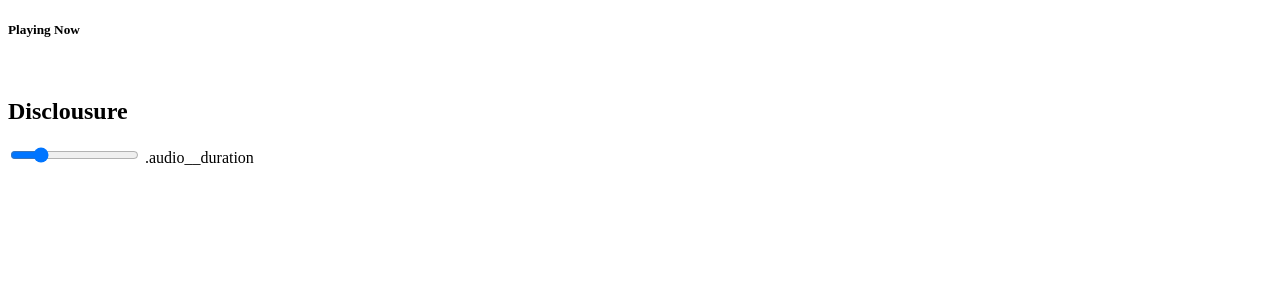
Repository: NickArregoces/ReproductorMusica
Page: Index.html
An editor plug-in stored every save of this project. The page is shown before and after a run of saves, followed by the edit.
The browser window is 1280 px wide. The pictures show the whole page.

Above is the page before, as saved 2021-12-27 15:41:16.

### Index.html
<!DOCTYPE html>
<html lang="en">
<head>
    <meta charset="UTF-8">
    <meta http-equiv="X-UA-Compatible" content="IE=edge">
    <meta name="viewport" content="width=device-width, initial-scale=1.0">
    <title>Music</title>
</head>
<body>


    <div class="container">
        <div class="player">
            <div class="player__controls">
                <div class="player__btn">
                    <div class="player__btn--small">
                        <i class="fas fa-arrow_left"></i>
                    </div>
                    <h5 class="player__title"> Playing Now</h5>
                    <div class="player__btn--small">
                        <i class="fas fa-bars"></i>
                    </div>
                </div>

                <div class="player__album">
                    <img src="" alt="" class="player__img">
                </div>

                <h2 class="plater__artist">Disclousure</h2>
                <h3 class="player__song"></h3>

                <input type="range" value="20" min=0 class="player__level">

                .audio__duration

            </div>
        </div>
    </div>
    <script src="./main.js" ></script>
</body>
</html>

Loaded but not shown: main.js (no stored copy; drawn as an empty file)

After the next 2 saves:
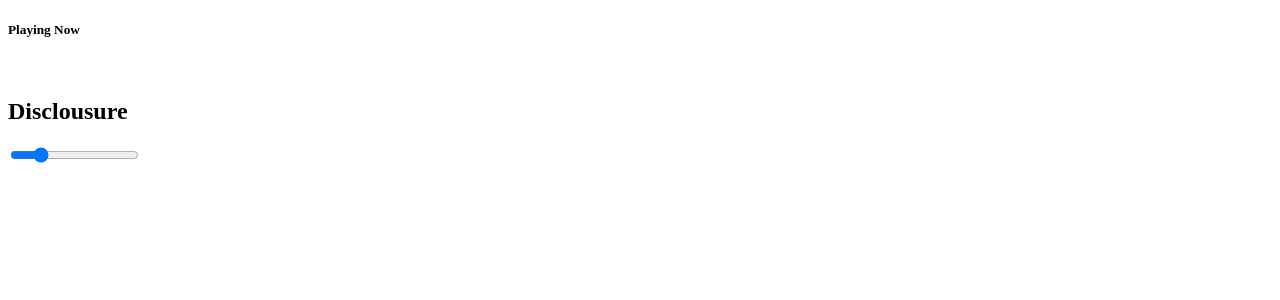
The 2 saves are shown as one change because they came seconds apart.
The last was saved 8 s later.
--- a/Index.html
+++ b/Index.html
@@ -31,7 +31,9 @@
 
                 <input type="range" value="20" min=0 class="player__level">
 
-                .audio__duration
+                <div class="audio__duration">
+
+                </div>
 
             </div>
         </div>
